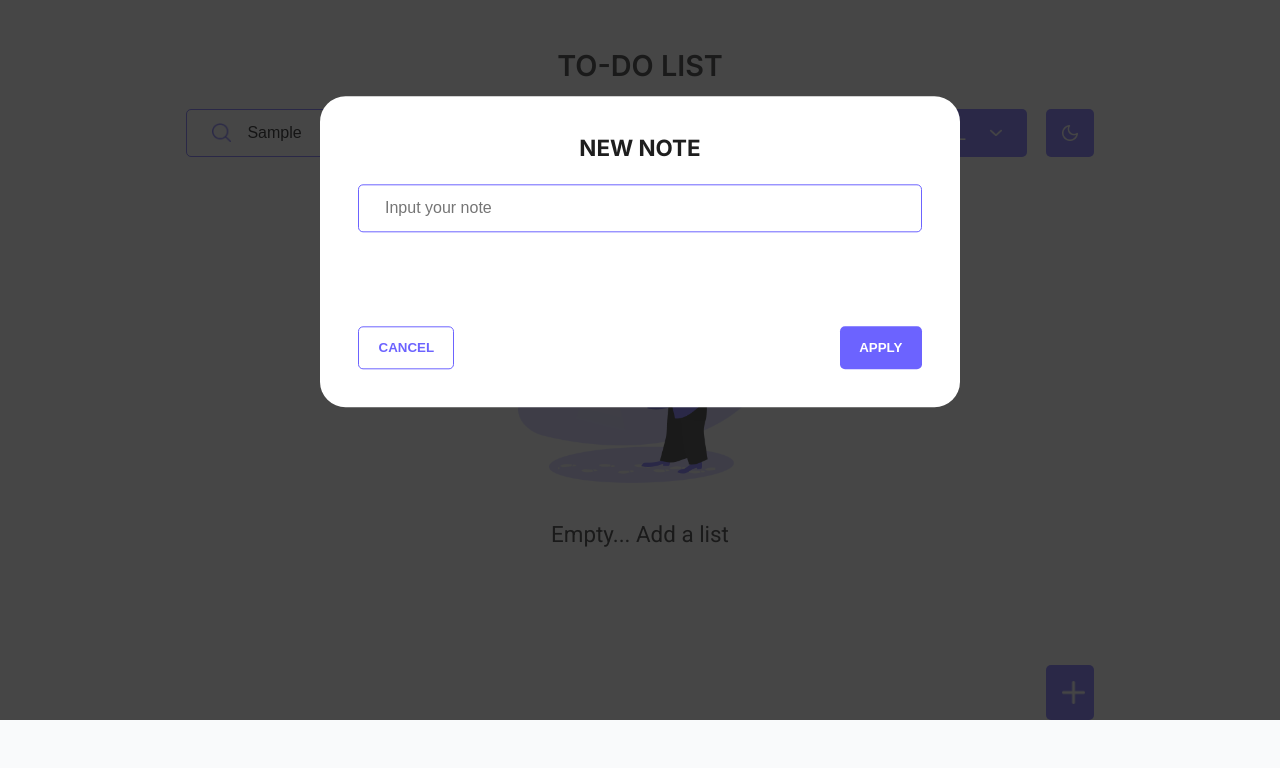
Repository: Marykeje/To-do-list
Page: index.html
The author's editor kept a copy of each file at every save. The page is drawn from the files as they stood at one save, then again after a run of saves.
The browser window is 1280 px wide. The pictures show the whole page.
Empty fields were first filled with sample values (such as "Sample", 5 or name@example.com).
After loading, the first visible `#add-btn` was clicked once.
The style sheet was rebuilt from its Sass, Less or Tailwind sources for each picture, by a compiler version that may differ from the author's.

Above is the page before, as saved 2025-12-02 14:33:18.
Console error: ReferenceError: cancelBtn is not defined

After the next 2 saves:
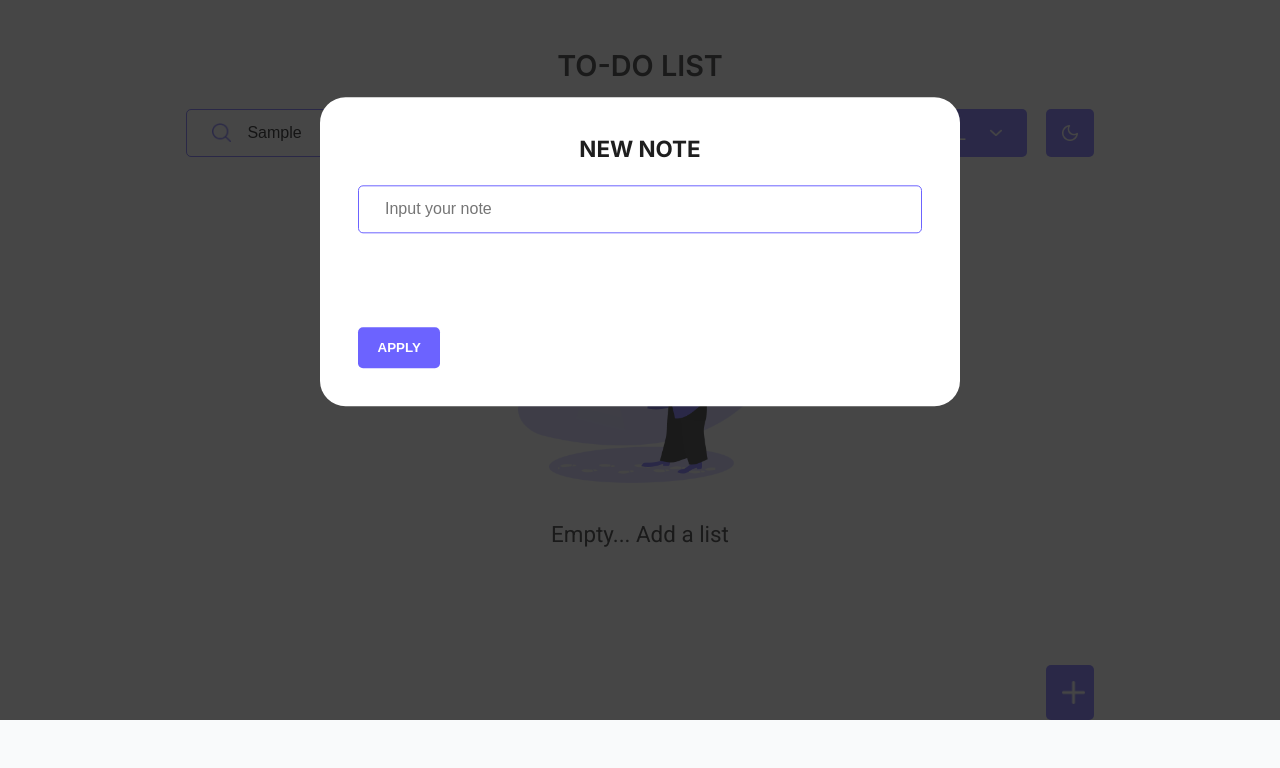
The error is gone.
The 2 saves are shown as one change because they came seconds apart.
The last was saved 13 s later.
--- a/js/script.js
+++ b/js/script.js
@@ -28,7 +28,7 @@ function openModal() {
   clickOpen.style.display = "block";
   modal.style.display = "block";
   overlay.style.display = "block";
-  cancelBtn.style.display = "none";
+  closeModal.style.display = "none";
 
   // for the close modal
   // function closeModal() {
